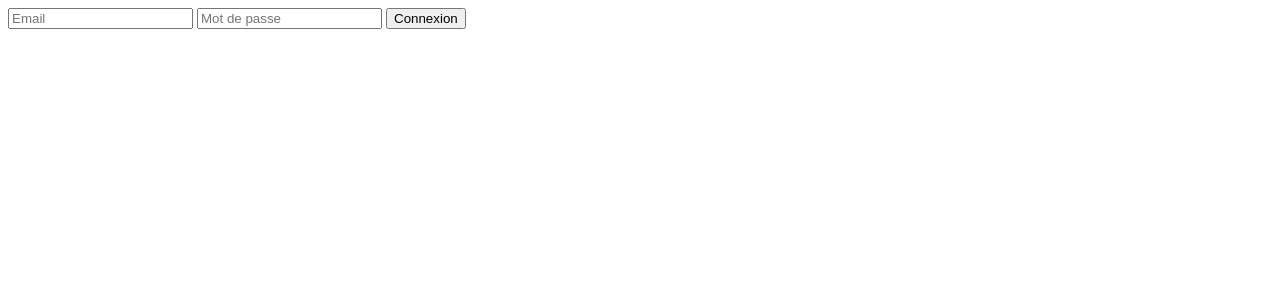
Repository: gmili2/Fitness_Backend
Page: http://localhost/admin/login
An editor plug-in stored every save of this project. The page is shown before and after the next save, followed by the edit.
The browser window is 1280 px wide. The pictures show the whole page.
The page is served by the project's Laravel application, run on PHP 8.4 with Laravel 8. Other server files are loaded and not shown.

Above is the page before, as saved 2024-12-15 14:40:23.

### routes/web.php
<?php

use App\Http\Controllers\AdminDashboardController;
use App\Http\Controllers\UserAdminAuthController;
use Illuminate\Support\Facades\Route;

/*
|--------------------------------------------------------------------------
| Web Routes
|--------------------------------------------------------------------------
|
| Here is where you can register web routes for your application. These
| routes are loaded by the RouteServiceProvider within a group which
| contains the "web" middleware group. Now create something great!
|
*/

Route::get('/', function () {
    return view('welcome');
});

Route::get('/dashboard', function () {
    return view('dashboard');
})->middleware(['auth'])->name('dashboard');

require __DIR__ . '/auth.php';

Auth::routes();

Route::get('/home', [App\Http\Controllers\HomeController::class, 'index'])->name('home');


Route::prefix('admin')->group(function () {
    Route::get('/login', [UserAdminAuthController::class, 'showLoginForm'])->name('admin.login');
    Route::post('/login', [UserAdminAuthController::class, 'login'])->name('admin.login.submit');
    Route::post('/logout', [UserAdminAuthController::class, 'logout'])->name('admin.logout');
    Route::get('/register', [UserAdminAuthController::class, 'showRegisterForm'])->name('admin.register');
    Route::post('/register', [UserAdminAuthController::class, 'register'])->name('admin.register.submit');
    Route::middleware('auth.user_admin')->group(function () {
        Route::get('/dashboard', [AdminDashboardController::class, 'index'])->name('admin.dashboard');
    });
});

### app/Http/Controllers/UserAdminAuthController.php
<?php
namespace App\Http\Controllers;

use App\Models\UserAdmin;
use Illuminate\Support\Facades\Auth;
use Illuminate\Http\Request;
use Illuminate\Support\Facades\Hash;

class UserAdminAuthController extends Controller
{
    public function __construct()
    {
        // Ajouter une vérification pour rediriger un utilisateur connecté
        $this->middleware(function ($request, $next) {
            if (Auth::guard('user_admin')->check()) {
                return redirect()->route('admin.dashboard');
            }
            return $next($request);
        })->only(['showLoginForm', 'showRegisterForm']);
    }

    public function showLoginForm()
    {
        return view('admin.login');
    }

    public function login(Request $request)
    {
        $credentials = $request->only('email', 'password');

        if (Auth::guard('user_admin')->attempt($credentials)) {
            return redirect()->route('admin.dashboard');
        }

        return back()->withErrors([
            'email' => 'Les identifiants sont incorrects.',
        ]);
    }

    public function showRegisterForm()
    {
        return view('admin.register');
    }

    public function register(Request $request)
    {
        $request->validate([
            'name' => 'required|string|max:255',
            'email' => 'required|string|email|max:255|unique:user_admins',
            'password' => 'required|string|min:8|confirmed',
        ]);

        // Créer un nouvel administrateur
        UserAdmin::create([
            'name' => $request->name,
            'email' => $request->email,
            'password' => Hash::make($request->password),
        ]);

        // Connexion automatique après l'inscription
        Auth::guard('user_admin')->attempt($request->only('email', 'password'));
        // Rediriger vers le tableau de bord
        return redirect()->route('admin.dashboard')->with('success', 'Inscription réussie !');
    }

    public function logout()
    {
        Auth::guard('user_admin')->logout();
        return redirect()->route('admin.login');
    }
}

### resources/views/admin/login.blade.php
<form method="POST" action="{{ route('admin.login.submit') }}">
    @csrf
    <input type="email" name="email" placeholder="Email">
    <input type="password" name="password" placeholder="Mot de passe">
    <button type="submit">Connexion</button>
</form>

Loaded but not shown: routes/auth.php (common file); app/Http/Controllers/Auth/ConfirmPasswordController.php (common file); app/Http/Controllers/Controller.php (common file)

After the next save:
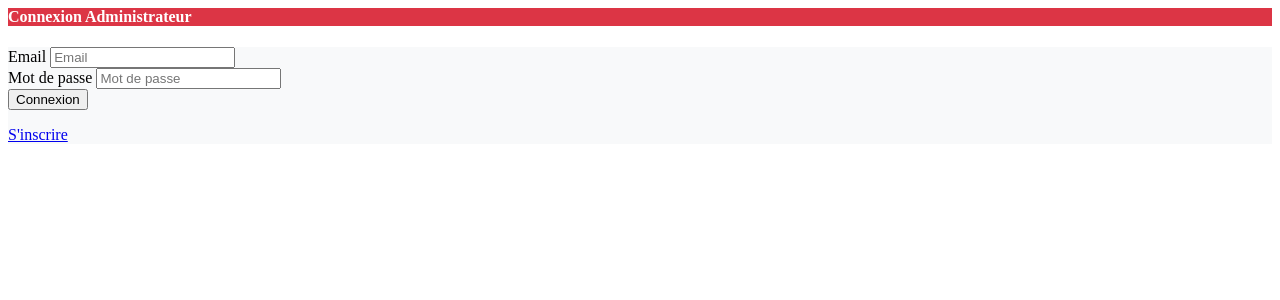
Saved 7 min 46 s later.
--- a/resources/views/admin/login.blade.php
+++ b/resources/views/admin/login.blade.php
@@ -1,6 +1,32 @@
-<form method="POST" action="{{ route('admin.login.submit') }}">
-    @csrf
-    <input type="email" name="email" placeholder="Email">
-    <input type="password" name="password" placeholder="Mot de passe">
-    <button type="submit">Connexion</button>
-</form>
+<div class="container mt-5">
+    <div class="row justify-content-center">
+        <div class="col-md-6">
+            <div class="card">
+                <div class="card-header text-center" style="background-color: #dc3545; color: white;">
+                    <h4>Connexion Administrateur</h4>
+                </div>
+                <div class="card-body" style="background-color: #f8f9fa;">
+                    <form method="POST" action="{{ route('admin.login.submit') }}">
+                        @csrf
+                        <div class="form-group">
+                            <label for="email">Email</label>
+                            <input type="email" name="email" id="email" class="form-control" placeholder="Email"
+                                required>
+                        </div>
+                        <div class="form-group">
+                            <label for="password">Mot de passe</label>
+                            <input type="password" name="password" id="password" class="form-control"
+                                placeholder="Mot de passe" required>
+                        </div>
+                        <div class="form-group text-center mt-4">
+                            <button type="submit" class="btn btn-danger btn-block">Connexion</button>
+                        </div>
+                    </form>
+                    <div class="text-center mt-3">
+                        <a href="{{ route('admin.register') }}" class="btn btn-dark btn-block">S'inscrire</a>
+                    </div>
+                </div>
+            </div>
+        </div>
+    </div>
+</div>
